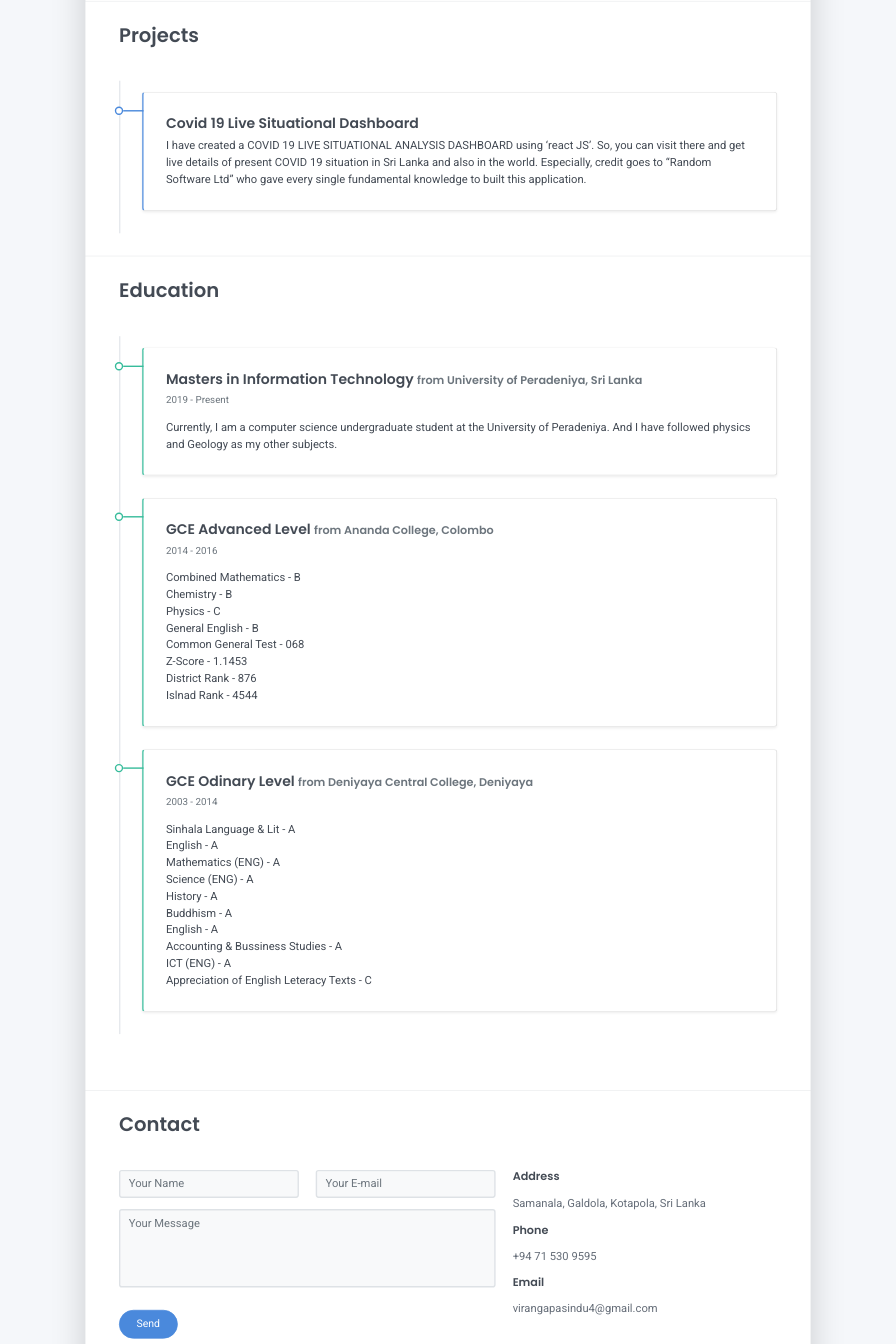
Repository: virangaj/resume
Page: index.html
These files come from the project's save history. The page is drawn as it stood at one moment and after the next save; the edit follows.
The browser window is 1280 px wide. The pictures show the part of the page from y = 1985 to 3905 px (the page is 4257 px tall before and 4281 px after), at 70% of full size.

Above is the page before, as saved 2021-08-31 19:58:08.

### index.html
<!DOCTYPE html>
<html lang="en-US">
	<head>
		<meta charset="UTF-8" />
		<meta http-equiv="X-UA-Compatible" content="IE=edge" />
		<meta name="viewport" content="width=device-width, initial-scale=1" />
		<title>Virang Jayawardana</title>
		<link
			rel="preconnect"
			href="https://fonts.gstatic.com"
			crossorigin="crossorigin"
		/>
		<link
			rel="preload"
			as="style"
			href="https://fonts.googleapis.com/css2?family=Poppins:wght@600&amp;family=Roboto:wght@300;400;500;700&amp;display=swap"
		/>
		<link
			rel="stylesheet"
			href="https://fonts.googleapis.com/css2?family=Poppins:wght@600&amp;family=Roboto:wght@300;400;500;700&amp;display=swap"
			media="print"
			onload="this.media='all'"
		/>
		<noscript>
			<link
				rel="stylesheet"
				href="https://fonts.googleapis.com/css2?family=Poppins:wght@600&amp;family=Roboto:wght@300;400;500;700&amp;display=swap"
			/>
		</noscript>
		<link href="css/font-awesome/css/all.min.css?ver=1.2.0" rel="stylesheet" />
		<link href="css/bootstrap.min.css?ver=1.2.0" rel="stylesheet" />
		<link href="css/aos.css?ver=1.2.0" rel="stylesheet" />
		<link href="css/main.css?ver=1.2.0" rel="stylesheet" />
		<noscript>
			<style type="text/css">
				[data-aos] {
					opacity: 1 !important;
					transform: translate(0) scale(1) !important;
				}
			</style>
		</noscript>
	</head>
	<body id="top">
		<header class="d-print-none">
			<div class="container text-center text-lg-left">
				<div class="py-3 clearfix">
					<h1 class="site-title mb-0">Virang Jayawardana</h1>
					<div class="site-nav">
						<nav role="navigation">
							<ul class="nav justify-content-center">
								<li class="nav-item">
									<a
										class="nav-link"
										href="https://twitter.com/VirangaPasi"
										title="Twitter"
										><i class="fab fa-twitter"></i
										><span class="menu-title sr-only">Twitter</span></a
									>
								</li>
								<li class="nav-item">
									<a
										class="nav-link"
										href="https://www.facebook.com/virangapasindu.jayawardana/"
										title="Facebook"
										><i class="fab fa-facebook"></i
										><span class="menu-title sr-only">Facebook</span></a
									>
								</li>
								<li class="nav-item">
									<a
										class="nav-link"
										href="https://www.instagram.com/pasiya_k9/"
										title="Instagram"
										><i class="fab fa-instagram"></i
										><span class="menu-title sr-only">Instagram</span></a
									>
								</li>
								<li class="nav-item">
									<a
										class="nav-link"
										href="https://github.com/Viranga-pasi"
										title="Github"
										><i class="fab fa-github"></i
										><span class="menu-title sr-only">Github</span></a
									>
								</li>
							</ul>
						</nav>
					</div>
				</div>
			</div>
		</header>
		<div class="page-content">
			<div class="container">
				<div class="cover shadow-lg bg-white">
					<div class="cover-bg p-3 p-lg-4 text-white">
						<div class="row">
							<div class="col-lg-4 col-md-5">
								<div class="avatar hover-effect bg-white shadow-sm p-1">
									<img src="images/avatar.jpg" width="200" height="200" />
								</div>
							</div>
							<div class="col-lg-8 col-md-7 text-center text-md-start">
								<h2 class="h1 mt-2" data-aos="fade-left" data-aos-delay="0">
									Joyce Harrison
								</h2>
								<p data-aos="fade-left" data-aos-delay="100">
									Undergraduate | Web Developer
								</p>
								<div
									class="d-print-none"
									data-aos="fade-left"
									data-aos-delay="200"
								>
									<a
										class="btn btn-light text-dark shadow-sm mt-1 me-1"
										href="right-resume.pdf"
										target="_blank"
										>Download CV</a
									><a class="btn btn-success shadow-sm mt-1" href="#contact"
										>Hire Me</a
									>
								</div>
							</div>
						</div>
					</div>
					<div class="about-section pt-4 px-3 px-lg-4 mt-1">
						<div class="row">
							<div class="col-md-6">
								<h2 class="h3 mb-3">About Me</h2>
								<p>
									Hello! I’m Viranga Jayawardana. I am passionate about new
									technologies and Web Design. I am a skilled Front-end
									Developer and amazing video editor.
								</p>
							</div>
							<div class="col-md-5 offset-md-1">
								<div class="row mt-2">
									<div class="col-sm-4">
										<div class="pb-1">Age</div>
									</div>
									<div class="col-sm-8">
										<div class="pb-1 text-secondary">24</div>
									</div>
									<div class="col-sm-4">
										<div class="pb-1">Email</div>
									</div>
									<div class="col-sm-8">
										<div class="pb-1 text-secondary">
											virangapasindu4@gmail.com
										</div>
									</div>
									<div class="col-sm-4">
										<div class="pb-1">Phone</div>
									</div>
									<div class="col-sm-8">
										<div class="pb-1 text-secondary">+94 71 530 9595</div>
									</div>
									<div class="col-sm-4">
										<div class="pb-1">Address</div>
									</div>
									<div class="col-sm-8">
										<div class="pb-1 text-secondary">
											Samanala, Galdola, Kotapola, Sri Lanka
										</div>
									</div>
								</div>
							</div>
						</div>
					</div>
					<hr class="d-print-none" />
					<div class="skills-section px-3 px-lg-4">
						<h2 class="h3 mb-3">Professional Skills</h2>
						<div class="row">
							<div class="col-md-6">
								<div class="mb-2">
									<span>HTML</span>
									<div class="progress my-1">
										<div
											class="progress-bar bg-primary"
											role="progressbar"
											data-aos="zoom-in-right"
											data-aos-delay="100"
											data-aos-anchor=".skills-section"
											style="width: 90%"
											aria-valuenow="90"
											aria-valuemin="0"
											aria-valuemax="100"
										></div>
									</div>
								</div>
								<div class="mb-2">
									<span>CSS</span>
									<div class="progress my-1">
										<div
											class="progress-bar bg-primary"
											role="progressbar"
											data-aos="zoom-in-right"
											data-aos-delay="200"
											data-aos-anchor=".skills-section"
											style="width: 85%"
											aria-valuenow="85"
											aria-valuemin="0"
											aria-valuemax="100"
										></div>
									</div>
								</div>
								<div class="mb-2">
									<span>JavaScript</span>
									<div class="progress my-1">
										<div
											class="progress-bar bg-primary"
											role="progressbar"
											data-aos="zoom-in-right"
											data-aos-delay="300"
											data-aos-anchor=".skills-section"
											style="width: 80%"
											aria-valuenow="80"
											aria-valuemin="0"
											aria-valuemax="100"
										></div>
									</div>
								</div>
								<div class="mb-2">
									<span>ReactJs</span>
									<div class="progress my-1">
										<div
											class="progress-bar bg-primary"
											role="progressbar"
											data-aos="zoom-in-right"
											data-aos-delay="300"
											data-aos-anchor=".skills-section"
											style="width: 75%"
											aria-valuenow="75"
											aria-valuemin="0"
											aria-valuemax="100"
										></div>
									</div>
								</div>
								<div class="mb-2">
									<span>Java</span>
									<div class="progress my-1">
										<div
											class="progress-bar bg-primary"
											role="progressbar"
											data-aos="zoom-in-right"
											data-aos-delay="300"
											data-aos-anchor=".skills-section"
											style="width: 70%"
											aria-valuenow="70"
											aria-valuemin="0"
											aria-valuemax="100"
										></div>
									</div>
								</div>
								<div class="mb-2">
									<span>C language</span>
									<div class="progress my-1">
										<div
											class="progress-bar bg-primary"
											role="progressbar"
											data-aos="zoom-in-right"
											data-aos-delay="300"
											data-aos-anchor=".skills-section"
											style="width: 70%"
											aria-valuenow="70"
											aria-valuemin="0"
											aria-valuemax="100"
										></div>
									</div>
								</div>
								<div class="mb-2">
									<span>Wordpress</span>
									<div class="progress my-1">
										<div
											class="progress-bar bg-primary"
											role="progressbar"
											data-aos="zoom-in-right"
											data-aos-delay="300"
											data-aos-anchor=".skills-section"
											style="width: 85%"
											aria-valuenow="85"
											aria-valuemin="0"
											aria-valuemax="100"
										></div>
									</div>
								</div>
							</div>
							<div class="col-md-6">
								<div class="mb-2">
									<span>Adobe Photoshop</span>
									<div class="progress my-1">
										<div
											class="progress-bar bg-success"
											role="progressbar"
											data-aos="zoom-in-right"
											data-aos-delay="400"
											data-aos-anchor=".skills-section"
											style="width: 80%"
											aria-valuenow="90"
											aria-valuemin="0"
											aria-valuemax="100"
										></div>
									</div>
								</div>
								<div class="mb-2">
									<span>Abode Premiere Pro</span>
									<div class="progress my-1">
										<div
											class="progress-bar bg-success"
											role="progressbar"
											data-aos="zoom-in-right"
											data-aos-delay="500"
											data-aos-anchor=".skills-section"
											style="width: 85%"
											aria-valuenow="85"
											aria-valuemin="0"
											aria-valuemax="100"
										></div>
									</div>
								</div>
								<div class="mb-2">
									<span>Adobe After Effect</span>
									<div class="progress my-1">
										<div
											class="progress-bar bg-success"
											role="progressbar"
											data-aos="zoom-in-right"
											data-aos-delay="600"
											data-aos-anchor=".skills-section"
											style="width: 75%"
											aria-valuenow="75"
											aria-valuemin="0"
											aria-valuemax="100"
										></div>
									</div>
								</div>
								<div class="mb-2">
									<span>Adobe XD</span>
									<div class="progress my-1">
										<div
											class="progress-bar bg-success"
											role="progressbar"
											data-aos="zoom-in-right"
											data-aos-delay="600"
											data-aos-anchor=".skills-section"
											style="width: 75%"
											aria-valuenow="75"
											aria-valuemin="0"
											aria-valuemax="100"
										></div>
									</div>
								</div>
								<div class="mb-2">
									<span>Microsoft Office</span>
									<div class="progress my-1">
										<div
											class="progress-bar bg-success"
											role="progressbar"
											data-aos="zoom-in-right"
											data-aos-delay="600"
											data-aos-anchor=".skills-section"
											style="width: 85%"
											aria-valuenow="85"
											aria-valuemin="0"
											aria-valuemax="100"
										></div>
									</div>
								</div>
							</div>
						</div>
					</div>
					<hr class="d-print-none" />
					<div class="work-experience-section px-3 px-lg-4">
						<h2 class="h3 mb-4">Work Experience</h2>
						<div class="timeline">
							<div class="timeline-card timeline-card-primary card shadow-sm">
								<div class="card-body">
									<div class="h5 mb-1">
										Web Master
										<span class="text-muted h6">at Computer Society</span>
									</div>
									<div class="text-muted text-small mb-2">
										Dec, 2020 - Present
									</div>
									<div>
										I worked as a webmaster in the computer society at the
										university of Peradeniya and mentored few web projects.
									</div>
								</div>
							</div>
							<div class="timeline-card timeline-card-primary card shadow-sm">
								<div class="card-body">
									<div class="h5 mb-1">
										Founder
										<span class="text-muted h6">at ImageZero</span>
									</div>
									<div class="text-muted text-small mb-2">
										Feb, 2019 - Present
									</div>
									<div>
										I’m the owner and founder of ImgageZero, which I used to
										output my talents since few years back. Quite good and
										amazing video editor in the range of different areas. And
										have 2-3 years of experience of working with massive to
										local industries.
									</div>
								</div>
							</div>
							<div class="timeline-card timeline-card-primary card shadow-sm">
								<div class="card-body">
									<div class="h5 mb-1">
										Customer Care Executive
										<span class="text-muted h6">at Mobitel Pvt Ltd</span>
									</div>
									<div class="text-muted text-small mb-2">
										Feb, 2018 - Oct, 2017
									</div>
									<div>
										I worked as a customer care agent at one of the leading
										network service provider in Sri Lanka.
									</div>
								</div>
							</div>
						</div>
					</div>
					<hr class="d-print-none" />
					<div class="work-experience-section px-3 px-lg-4">
						<h2 class="h3 mb-4">Projects</h2>
						<div class="timeline">
							<div class="timeline-card timeline-card-primary card shadow-sm">
								<div class="card-body">
									<div class="h5 mb-1">Covid 19 Live Situational Dashboard</div>

									<div>
										I have created a COVID 19 LIVE SITUATIONAL ANALYSIS
										DASHBOARD using ‘react JS’. So, you can visit there and get
										live details of present COVID 19 situation in Sri Lanka and
										also in the world. Especially, credit goes to “Random
										Software Ltd” who gave every single fundamental knowledge to
										built this application.
									</div>
								</div>
							</div>
						</div>
					</div>
					<hr class="d-print-none" />
					<div class="page-break"></div>
					<div class="education-section px-3 px-lg-4 pb-4">
						<h2 class="h3 mb-4">Education</h2>
						<div class="timeline">
							<div class="timeline-card timeline-card-success card shadow-sm">
								<div class="card-body">
									<div class="h5 mb-1">
										Masters in Information Technology
										<span class="text-muted h6"
											>from University of Peradeniya, Sri Lanka</span
										>
									</div>
									<div class="text-muted text-small mb-2">2019 - Present</div>
									<div>
										Currently, I am a computer science undergraduate student at
										the University of Peradeniya. And I have followed physics
										and Geology as my other subjects.
									</div>
								</div>
							</div>
							<div class="timeline-card timeline-card-success card shadow-sm">
								<div class="card-body">
									<div class="h5 mb-1">
										GCE Advanced Level
										<span class="text-muted h6"
											>from Ananda College, Colombo</span
										>
									</div>
									<div class="text-muted text-small mb-2">2014 - 2016</div>
									<div>Combined Mathematics - B</div>
									<div>Chemistry - B</div>
									<div>Physics - C</div>
									<div>General English - B</div>
									<div>Common General Test - 068</div>
									<div>Z-Score - 1.1453</div>
									<div>District Rank - 876</div>
									<div>Islnad Rank - 4544</div>
								</div>
							</div>
							<div class="timeline-card timeline-card-success card shadow-sm">
								<div class="card-body">
									<div class="h5 mb-1">
										GCE Odinary Level
										<span class="text-muted h6"
											>from Deniyaya Central College, Deniyaya</span
										>
									</div>
									<div class="text-muted text-small mb-2">2003 - 2014</div>
									<div>Sinhala Language & Lit - A</div>
									<div>English - A</div>
									<div>Mathematics (ENG) - A</div>
									<div>Science (ENG) - A</div>
									<div>History - A</div>
									<div>Buddhism - A</div>
									<div>English - A</div>
									<div>Accounting & Bussiness Studies - A</div>
									<div>ICT (ENG) - A</div>
									<div>Appreciation of English Leteracy Texts - C</div>
								</div>
							</div>
						</div>
					</div>
					<hr class="d-print-none" />
					<div class="contant-section px-3 px-lg-4 pb-4" id="contact">
						<h2 class="h3 text mb-3">Contact</h2>
						<div class="row">
							<div class="col-md-7 d-print-none">
								<div class="my-2">
									<form action="virangapasindu4@gmail.com" method="POST">
										<div class="row">
											<div class="col-6">
												<input
													class="form-control"
													type="text"
													id="name"
													name="name"
													placeholder="Your Name"
													required
												/>
											</div>
											<div class="col-6">
												<input
													class="form-control"
													type="email"
													id="email"
													name="_replyto"
													placeholder="Your E-mail"
													required
												/>
											</div>
										</div>
										<div class="form-group my-2">
											<textarea
												class="form-control"
												style="resize: none"
												id="message"
												name="message"
												rows="4"
												placeholder="Your Message"
												required
											></textarea>
										</div>
										<button class="btn btn-primary mt-2" type="submit">
											Send
										</button>
									</form>
								</div>
							</div>
							<div class="col">
								<div class="mt-2">
									<h3 class="h6">Address</h3>
									<div class="pb-2 text-secondary">
										Samanala, Galdola, Kotapola, Sri Lanka
									</div>
									<h3 class="h6">Phone</h3>
									<div class="pb-2 text-secondary">+94 71 530 9595</div>
									<h3 class="h6">Email</h3>
									<div class="pb-2 text-secondary">
										virangapasindu4@gmail.com
									</div>
								</div>
							</div>
						</div>
					</div>
				</div>
			</div>
		</div>
		<footer class="pt-4 pb-4 text-muted text-center d-print-none">
			<div class="container">
				<div class="my-3">
					<div class="h4">Viranga Jayawardana</div>
					<div class="footer-nav">
						<nav role="navigation">
							<ul class="nav justify-content-center">
								<li class="nav-item">
									<a
										class="nav-link"
										href="https://twitter.com/VirangaPasi"
										title="Twitter"
										><i class="fab fa-twitter"></i
										><span class="menu-title sr-only">Twitter</span></a
									>
								</li>
								<li class="nav-item">
									<a
										class="nav-link"
										href="https://www.facebook.com/virangapasindu.jayawardana/"
										title="Facebook"
										><i class="fab fa-facebook"></i
										><span class="menu-title sr-only">Facebook</span></a
									>
								</li>
								<li class="nav-item">
									<a
										class="nav-link"
										href="https://www.instagram.com/pasiya_k9/"
										title="Instagram"
										><i class="fab fa-instagram"></i
										><span class="menu-title sr-only">Instagram</span></a
									>
								</li>
								<li class="nav-item">
									<a
										class="nav-link"
										href="https://github.com/Viranga-pasi"
										title="Github"
										><i class="fab fa-github"></i
										><span class="menu-title sr-only">Github</span></a
									>
								</li>
							</ul>
						</nav>
					</div>
				</div>
				<div class="text-small">
					<div class="mb-1">
						&copy; Viranga Jayawardana. All rights reserved.
					</div>
					<div>
						Design -
						<a href="https://imagezero.net/" target="_blank">ImageZero</a>
					</div>
				</div>
			</div>
		</footer>
		<script src="scripts/bootstrap.bundle.min.js?ver=1.2.0"></script>
		<script src="scripts/aos.js?ver=1.2.0"></script>
		<script src="scripts/main.js?ver=1.2.0"></script>
	</body>
</html>

### css/main.css
/* Buttons */
/* Inputs */
/* Timeline custom component */
.timeline {
	border-left: 2px solid #e6e9ed;
	padding: 1rem 0;
}

.timeline-card {
	position: relative;
	margin-left: 31px;
	border-left: 2px solid;
	margin-bottom: 2rem;
}

.timeline-card:last-child {
	margin-bottom: 1rem;
}

.timeline-card:before {
	content: '';
	display: inline-block;
	position: absolute;
	background-color: #fff;
	border-radius: 10px;
	width: 12px;
	height: 12px;
	top: 20px;
	left: -41px;
	border: 2px solid;
	z-index: 2;
}

.timeline-card:after {
	content: '';
	display: inline-block;
	position: absolute;
	background-color: currentColor;
	width: 29px;
	height: 2px;
	top: 25px;
	left: -29px;
	z-index: 1;
}

.timeline-card-primary {
	border-left-color: #4a89dc;
}

.timeline-card-primary:before {
	border-color: #4a89dc;
}

.timeline-card-primary:after {
	background-color: #4a89dc;
}

.timeline-card-success {
	border-left-color: #37bc9b;
}

.timeline-card-success:before {
	border-color: #37bc9b;
}

.timeline-card-success:after {
	background-color: #37bc9b;
}

html {
	scroll-behavior: smooth;
}

.site-title {
	font-size: 1.25rem;
	line-height: 2.5rem;
}

.nav-link {
	padding: 0;
	font-size: 1.25rem;
	line-height: 2.5rem;
	color: rgba(0, 0, 0, 0.5);
}

.nav-link:hover,
.nav-link:focus,
.active .nav-link {
	color: rgba(0, 0, 0, 0.8);
}

.nav-item + .nav-item {
	margin-left: 1rem;
}

.cover {
	border-radius: 10px;
}

.cover-bg {
	background-color: #4a89dc;
	background-image: url("data:[embedded picture, 1696 characters]");
	border-radius: 10px 10px 0 0;
}

.avatar {
	max-width: 216px;
	max-height: 216px;
	margin-top: 20px;
	text-align: center;
	margin-left: auto;
	margin-right: auto;
}

.avatar img {
	/* Safari 6.0 - 9.0 */
	/* filter: grayscale(100%); */
}

footer a:not(.nav-link) {
	color: inherit;
	border-bottom: 1px dashed;
	text-decoration: none;
	cursor: pointer;
}

@media (min-width: 48em) {
	.site-title {
		float: left;
	}
	.site-nav {
		float: right;
	}
	.avatar {
		margin-bottom: -80px;
		margin-left: 0;
	}
}

@media print {
	body {
		background-color: #fff;
	}
	.container {
		width: auto;
		max-width: 100%;
		padding: 0;
	}
	.cover,
	.cover-bg {
		border-radius: 0;
	}
	.cover.shadow-lg {
		box-shadow: none !important;
	}
	.cover-bg {
		padding: 5rem !important;
		padding-bottom: 10px !important;
	}
	.avatar {
		margin-top: -10px;
	}
	.about-section {
		padding: 6.5rem 5rem 2rem !important;
	}
	.skills-section,
	.work-experience-section,
	.education-section,
	.contant-section {
		padding: 1.5rem 5rem 2rem !important;
	}
	.page-break {
		padding-top: 5rem;
		page-break-before: always;
	}
}

Loaded but not shown: css/font-awesome/css/all.min.css (library); css/bootstrap.min.css (library); css/aos.css (library); scripts/bootstrap.bundle.min.js (library); scripts/aos.js (library); scripts/main.js (common file)

After the next save:
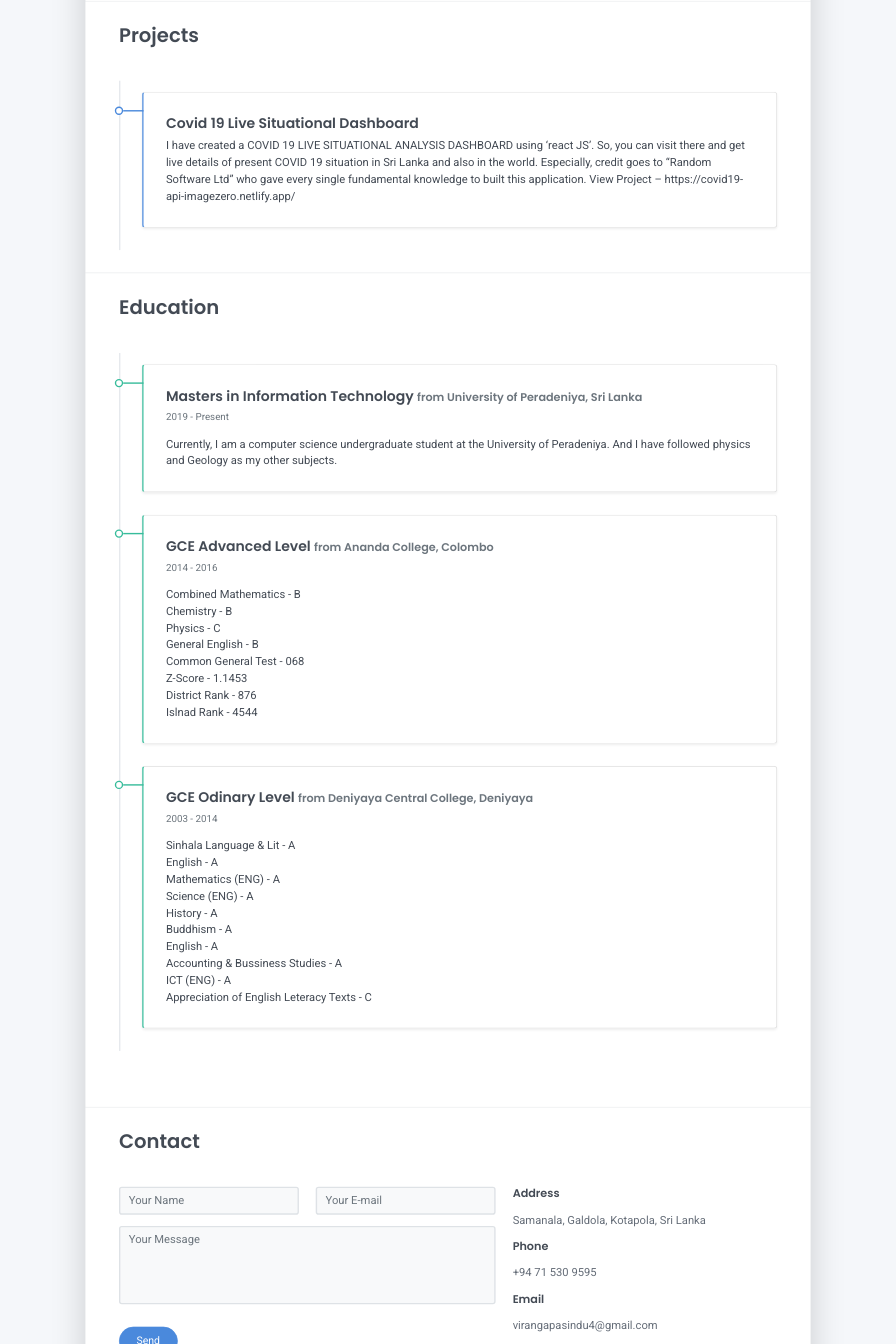
Saved 11 s later.
--- a/index.html
+++ b/index.html
@@ -438,7 +438,8 @@
 										live details of present COVID 19 situation in Sri Lanka and
 										also in the world. Especially, credit goes to “Random
 										Software Ltd” who gave every single fundamental knowledge to
-										built this application.
+										built this application. View Project –
+										https://covid19-api-imagezero.netlify.app/
 									</div>
 								</div>
 							</div>
